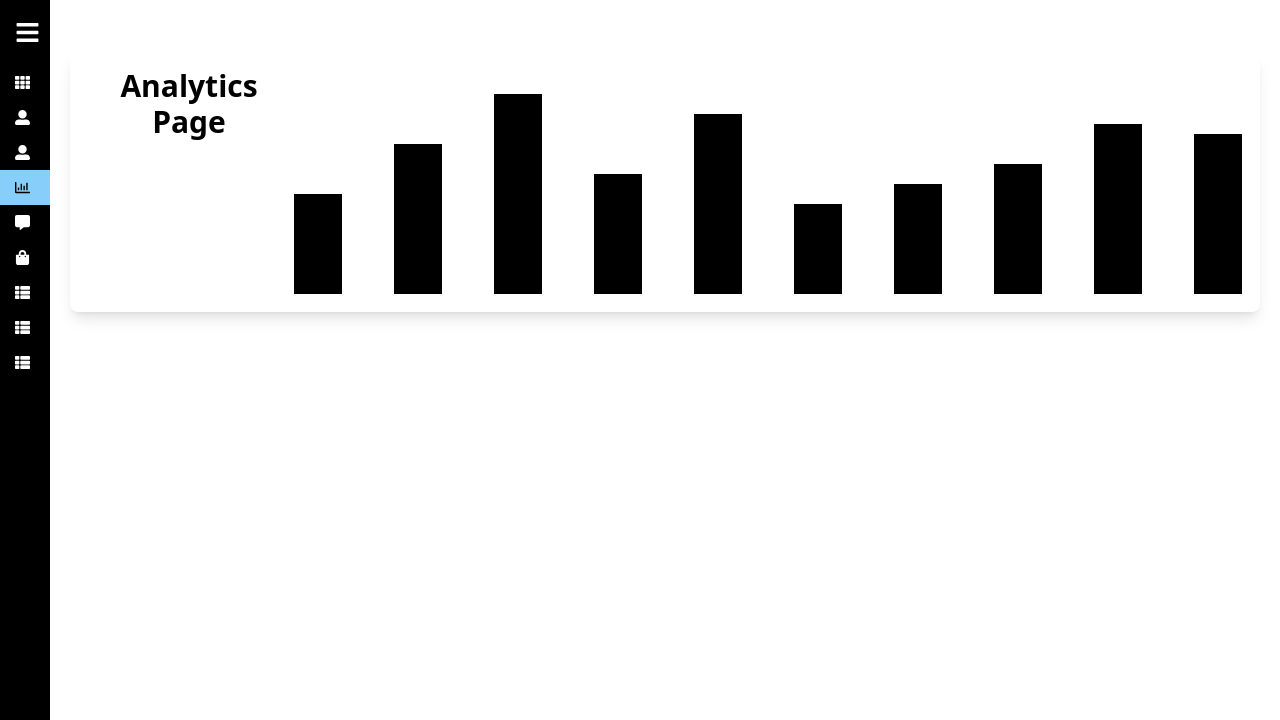
Repository: AndargWorku12/admin-dashboard
Page: /analytics
The author's editor kept a copy of each file at every save. The page is drawn from the files as they stood at one save, then again after the next save.
The browser window is 1280 px wide. The pictures show the whole page.
The project was rebuilt for these pictures with package versions that can differ from the ones it lists, and the page was loaded fresh each time. Also part of the build but not shown: src/pages/Dashboard.tsx, src/pages/Orders.tsx, src/pages/Category.tsx, src/pages/Login.tsx, src/pages/CustemerReview.tsx, src/pages/ProductList.tsx, src/pages/ShopCard.tsx, src/pages/SignUpForm.tsx.

Above is the page before, as saved 2024-01-25 05:19:12.

After the next save:
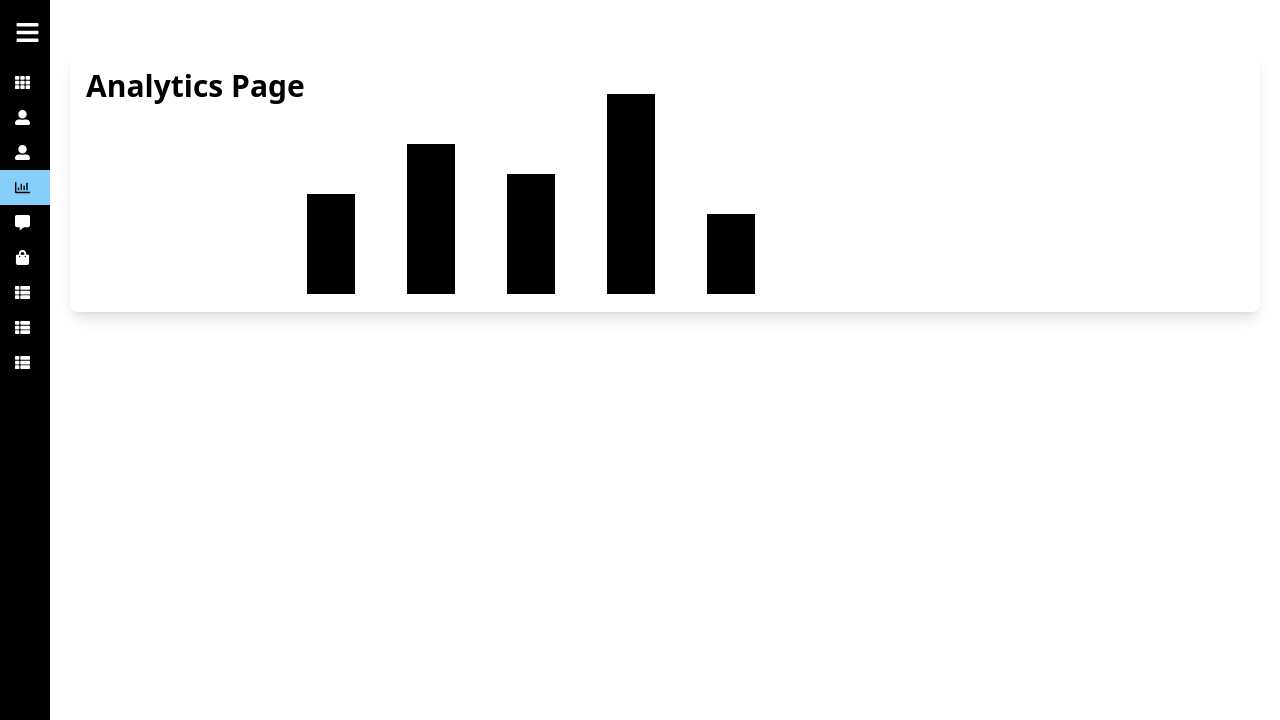
Saved 2 min 46 s later.
--- a/src/App.tsx
+++ b/src/App.tsx
@@ -159,6 +159,14 @@
     setProducts((prevProducts) => prevProducts.filter((product) => product.id !== productId));
   };
 
+//  for AnalyticsPage
+const sampleSaleData = [
+  { date: '2022-01-01', amount: 100 },
+  { date: '2022-01-02', amount: 150 },
+  { date: '2022-01-03', amount: 120 },
+  { date: '2022-01-04', amount: 200 },
+  { date: '2022-01-05', amount: 80 },
+];
 
 // for category page
 
@@ -292,7 +300,7 @@
         <Route path="/review"element={<CustemerReview username="John" joinedDate="2022-01-01" reviewDate="2022-01-15" reviewText="Lorem ipsum" />}
 />
 
-        <Route path="/analytics" element={<Analytics saleData={saleData} />} />
+        <Route path="/analytics" element={<Analytics saleData={sampleSaleData}  />} />
         <Route
   path="/product"
   element={<ProductList products={products} onCreate={handleCreate} onDelete={handleDelete} onUpdate={handleUpdate} />}

After the save that followed:
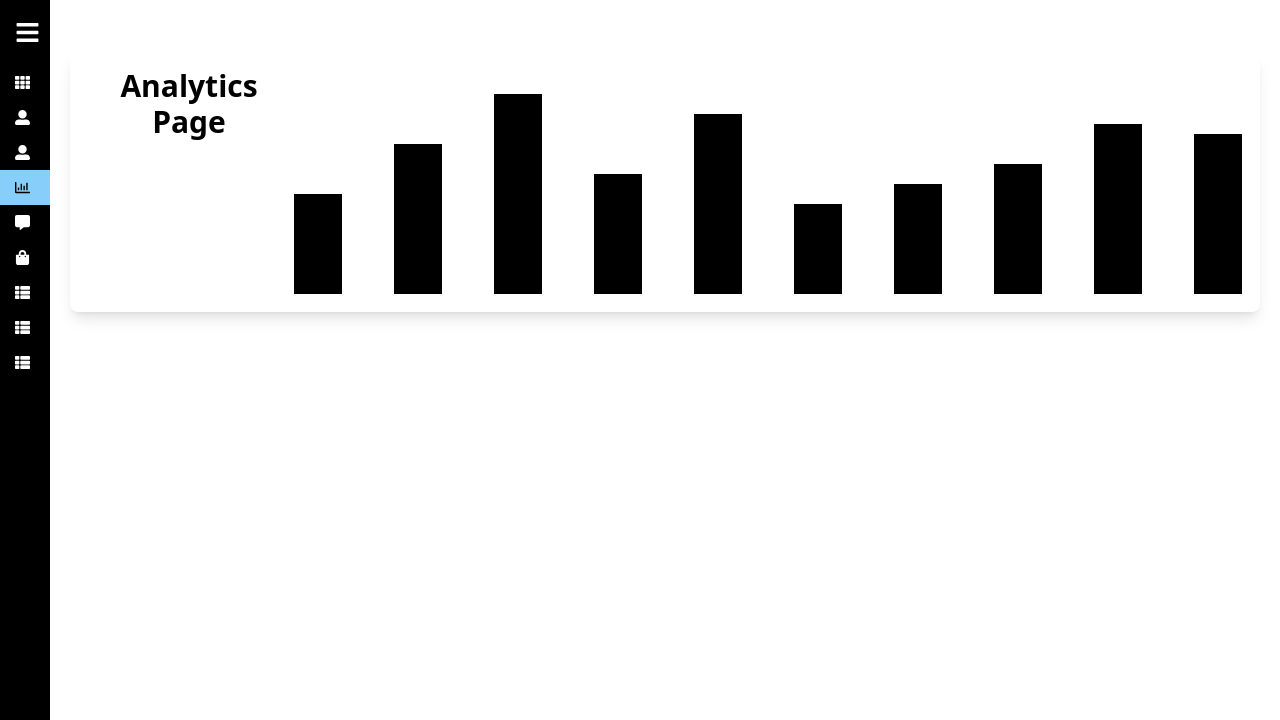
Saved 23 s later.
--- a/src/App.tsx
+++ b/src/App.tsx
@@ -160,14 +160,6 @@
   };
 
 //  for AnalyticsPage
-const sampleSaleData = [
-  { date: '2022-01-01', amount: 100 },
-  { date: '2022-01-02', amount: 150 },
-  { date: '2022-01-03', amount: 120 },
-  { date: '2022-01-04', amount: 200 },
-  { date: '2022-01-05', amount: 80 },
-];
-
 // for category page
 
 
@@ -300,7 +292,7 @@
         <Route path="/review"element={<CustemerReview username="John" joinedDate="2022-01-01" reviewDate="2022-01-15" reviewText="Lorem ipsum" />}
 />
 
-        <Route path="/analytics" element={<Analytics saleData={sampleSaleData}  />} />
+        <Route path="/analytics" element={<Analytics saleData={saleData} />} />
         <Route
   path="/product"
   element={<ProductList products={products} onCreate={handleCreate} onDelete={handleDelete} onUpdate={handleUpdate} />}
